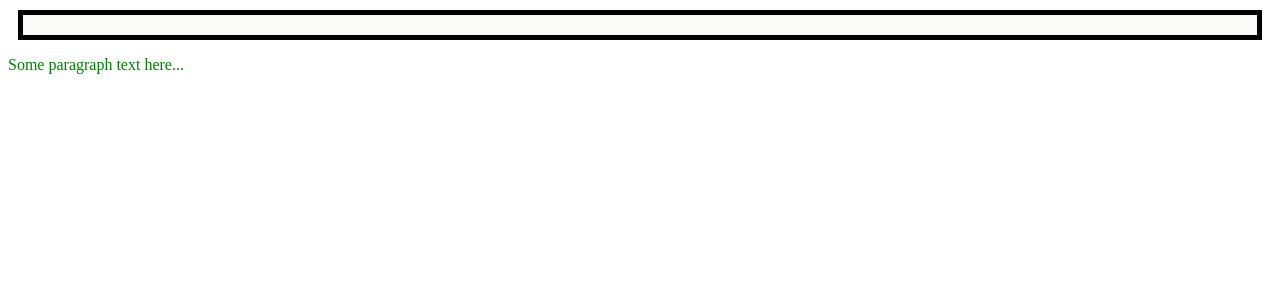
Repository: badiattila/cloud9test
Page: index.html
The author's editor kept a record of every edit. The page is drawn from the files as they stood at one moment, then again after the next edit.
The browser window is 1280 px wide. The pictures show the whole page.

Above is the page before.

After the next edit:
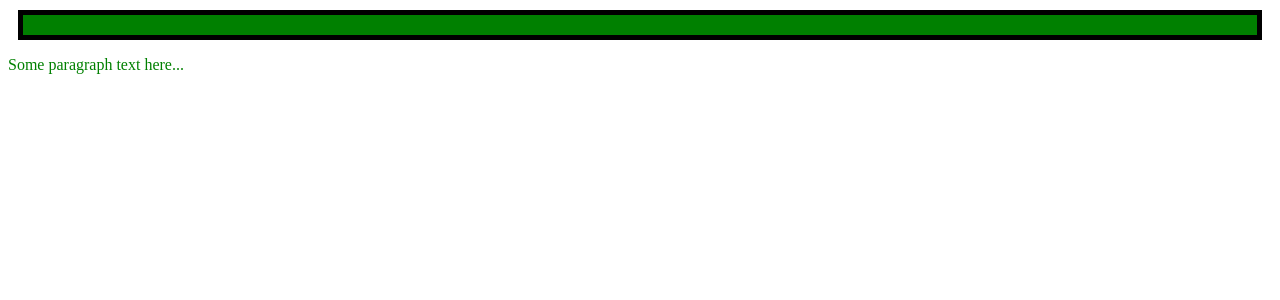
The edit:
--- a/css/style.css
+++ b/css/style.css
@@ -3,7 +3,7 @@
 }
 
 header {
-    background-color: #fafaf9;
+    background-color: green;
     padding: 10px;
     margin: 10px;
     border: 5px solid black;
